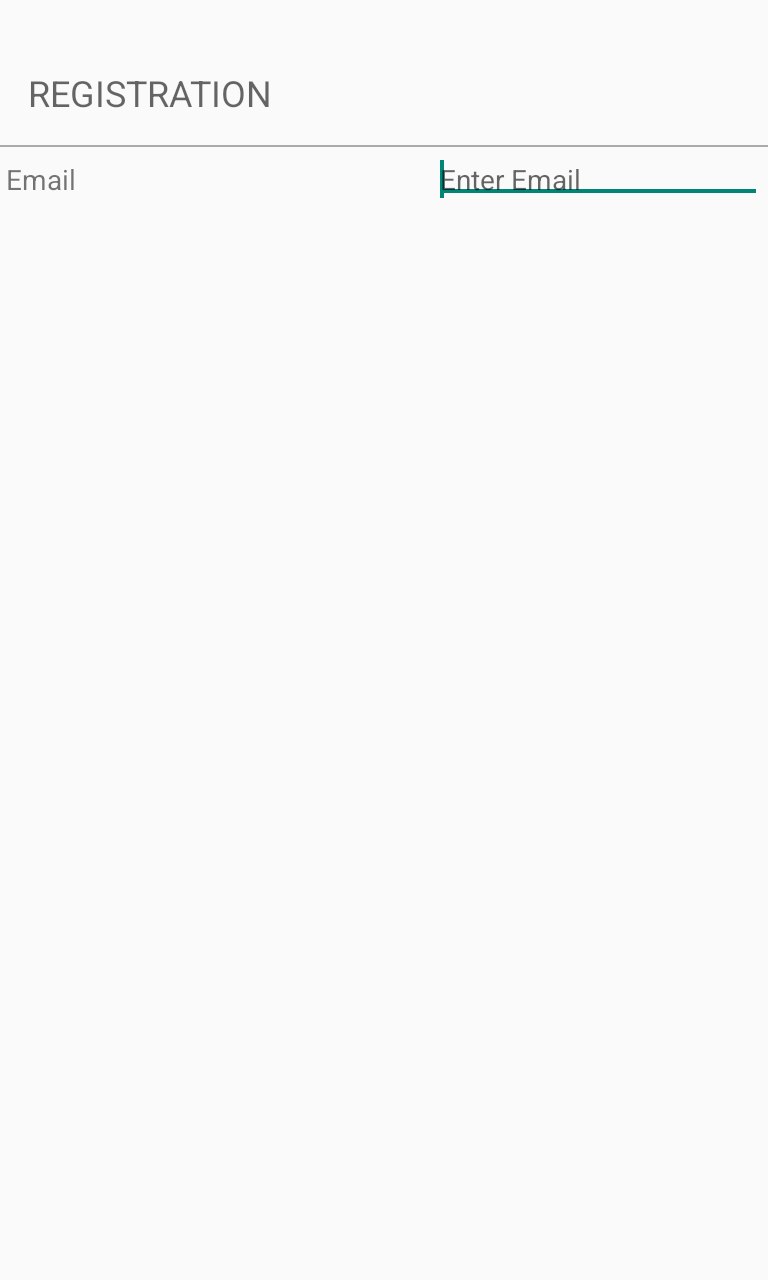
Repository: lMayuraDevani/BrentBrown
Layout: BrentBrown/res/layout/register.xml
An editor plug-in stored every save of this project. The layout is shown before and after the next save, followed by the edit.
It is drawn on a 768 x 1280 px phone screen (xhdpi) without system bars, with theme AppTheme; the app's code is not run.

Above is the layout before, as saved 2014-11-12 09:21:12.

### BrentBrown/res/layout/register.xml
<?xml version="1.0" encoding="utf-8"?>
<LinearLayout xmlns:android="http://schemas.android.com/apk/res/android"
    android:layout_width="match_parent"
    android:layout_height="match_parent"
    android:orientation="vertical" >


    <TextView
        android:id="@+id/textView1"
        android:layout_width="wrap_content"
        android:layout_height="wrap_content"
        android:layout_marginTop="20dp"
        android:padding="14dp"
        android:text="@string/registration_lable"
        android:textAppearance="?android:attr/textAppearanceMedium" />


    <View
	   android:layout_width="fill_parent"
	   android:layout_height="1dp"
	   android:background="@android:color/darker_gray" />

      <LinearLayout
                android:layout_width="fill_parent"
                android:layout_height="wrap_content"
                android:padding="2dp"
                android:orientation="horizontal" >

                <TextView
                    android:id="@+id/emaillbl"
                    android:layout_width="match_parent"
                    android:layout_height="wrap_content"
                    android:layout_gravity="center"
                    android:layout_weight="1"
                    android:padding="01dp"
                    android:text="Email"
                    android:textAppearance="?android:attr/textAppearanceSmall" />

                <EditText
                    android:id="@+id/emailtxt"
                    android:layout_width="wrap_content"
                    android:layout_height="wrap_content"
                    android:ems="10"
                    android:hint="Enter Email "
                    android:padding="3dp"
                    android:textAppearance="?android:attr/textAppearanceSmall"
                    android:textColor="#CDCCCD" >

                    <requestFocus />
                </EditText>
            </LinearLayout>


</LinearLayout>

### BrentBrown/res/values/styles.xml
<resources xmlns:android="http://schemas.android.com/apk/res/android">

    <style name="AppBaseTheme" parent="Theme.AppCompat"></style>

    <!-- Application theme. -->
    <style name="AppTheme" parent="AppBaseTheme">
        <item name="actionBarStyle">@style/CustomizedActionbar</item>
        <item name="actionBarTabStyle">@style/CustomizedActionbarTabs</item>
        <item name="android:actionBarStyle">@style/CustomizedActionbar</item>
        <item name="android:actionBarTabStyle">@style/CustomizedActionbarTabs</item>
    </style>

    <!-- ActionBar styles -->
    <style name="CustomizedActionbar" parent="@style/Widget.AppCompat.ActionBar">
        <item name="android:background">@color/ActionBarColor</item>

        <!-- Support library compatibility -->
        <item name="background">@color/ActionBarColor</item>
        <item name="android:divider">@drawable/tabdivider</item>
    </style>

    <!-- ActionBar tabs styles -->
    <style name="CustomizedActionbarTabs" parent="@style/Widget.AppCompat.ActionBar.TabView">

        <!-- tab indicator -->
        <item name="android:background">@drawable/actionbar_tab_indicator</item>
        <item name="android:divider">@drawable/tabdivider</item>

        <!-- Support library compatibility -->
        <item name="background">@drawable/actionbar_tab_indicator</item>
    </style>

</resources>

### BrentBrown/res/drawable/actionbar_tab_indicator.xml
<?xml version="1.0" encoding="utf-8"?>
<selector xmlns:android="http://schemas.android.com/apk/res/android">

<!-- STATES WHEN BUTTON IS NOT PRESSED -->

    <!-- Non focused states -->
    <item android:state_focused="false" android:state_selected="false"
          android:state_pressed="false"

          android:drawable="@drawable/tab_unselected" />
    <item android:state_focused="false" android:state_selected="true"
          android:state_pressed="false"

          android:drawable="@drawable/tab_selected" />

    <!-- Focused states (such as when focused with a d-pad or mouse hover) -->
    <item android:state_focused="true" android:state_selected="false"
          android:state_pressed="false"
          android:drawable="@drawable/tab_unselected_focused" />
    <item android:state_focused="true" android:state_selected="true"
          android:state_pressed="false"
          android:drawable="@drawable/tab_selected_focused" />


<!-- STATES WHEN BUTTON IS PRESSED -->

    <!-- Non focused states -->
    <item android:state_focused="false" android:state_selected="false"
          android:state_pressed="true"
          android:drawable="@drawable/tab_unselected_pressed" />
    <item android:state_focused="false" android:state_selected="true"
        android:state_pressed="true"
        android:drawable="@drawable/tab_selected_pressed" />

    <!-- Focused states (such as when focused with a d-pad or mouse hover) -->
    <item android:state_focused="true" android:state_selected="false"
          android:state_pressed="true"
          android:drawable="@drawable/tab_unselected_pressed" />
    <item android:state_focused="true" android:state_selected="true"
          android:state_pressed="true"
          android:drawable="@drawable/tab_selected_pressed" />
</selector>

### BrentBrown/res/drawable/tabdivider.xml
<?xml version="1.0" encoding="utf-8"?>
<shape xmlns:android="http://schemas.android.com/apk/res/android"
    android:shape="line"  >

      <size android:width="2dp" android:height="10dp"/>
    <solid android:color="@color/BorderGrayColor" />
    <padding android:left="15dp" android:top="15dp" />

</shape>

### BrentBrown/res/values/color.xml
<?xml version="1.0" encoding="utf-8"?>
<resources>

    <color name="gray_list_item">#E5E5E5</color>
    <color name="gray_backgroound">#EEEEEE</color>
    <color name="gray_border">#b6b6b6</color>
    <color name="ActionBarColor">#25C389</color>
    <color name="BorderGrayColor">#CED8D8</color>
    <color name="OrangeTabColor">#F5963C</color>
    <color name="TurquoiseBlueTabColor">#05AEAA</color>
    <color name="MediumGrayBackColor">#D8D8D8</color>
    <color name="list_item_title">#444444</color>
    <color name="list_item_subtitle">#929292</color>

</resources>

### BrentBrown/res/drawable/tab_unselected.xml
<shape xmlns:android="http://schemas.android.com/apk/res/android"
    android:shape="rectangle" >

    <solid android:color="@color/OrangeTabColor" />

</shape>

### BrentBrown/res/drawable/tab_selected.xml
<?xml version="1.0" encoding="utf-8"?>
<shape xmlns:android="http://schemas.android.com/apk/res/android"
    android:shape="rectangle" >

    <solid android:color="@color/TurquoiseBlueTabColor" />



</shape>

### BrentBrown/res/drawable/tab_unselected_focused.xml
<shape xmlns:android="http://schemas.android.com/apk/res/android"
    android:shape="rectangle" >



   <solid android:color="@color/OrangeTabColor"/>

</shape>

### BrentBrown/res/drawable/tab_selected_focused.xml
<?xml version="1.0" encoding="utf-8"?>
<shape xmlns:android="http://schemas.android.com/apk/res/android"
    android:shape="rectangle" >



 <solid android:color="@color/TurquoiseBlueTabColor" />



</shape>

### BrentBrown/res/drawable/tab_unselected_pressed.xml
<shape xmlns:android="http://schemas.android.com/apk/res/android"
    android:shape="rectangle" >



    <solid android:color="@color/OrangeTabColor" />

</shape>

### BrentBrown/res/drawable/tab_selected_pressed.xml
<?xml version="1.0" encoding="utf-8"?>
<shape xmlns:android="http://schemas.android.com/apk/res/android"
    android:shape="rectangle" >
    <solid android:color="@color/TurquoiseBlueTabColor" />

</shape>

### BrentBrown/res/values/strings.xml
<?xml version="1.0" encoding="utf-8"?>
<resources>

    <string name="app_name"> Brent Brown</string>
    <string name="title_garage"> Garage</string>
    <string name="title_showroom"> Showroom</string>
    <string name="title_specials"> Specials</string>
    <string name="title_tools"> Tools</string>
    <string name="title_extra"> More</string>

    <string name="title_ServiceHistory">Service</string>
    <string name="title_Appointments">Appontments</string>
    <string name="title_Message">Message</string>

    <string name="hello_world">Hello world!</string>
    <string name="action_settings">Settings</string>

    <string name="menu_settings">Settings</string>
    <string name="pull_to_refresh_pull_label">Pull to refresh...</string>
    <string name="pull_to_refresh_release_label">Release to refresh...</string>
    <string name="pull_to_refresh_refreshing_label">Loading...</string>
    <string name="pull_to_refresh_tap_label">Tap to refresh...</string>
    <string name="registration_lable">REGISTRATION</string>

</resources>

Loaded but not shown: BrentBrown/res/values-v11/styles.xml (common file); BrentBrown/res/values-v14/styles.xml (common file)

After the next save:
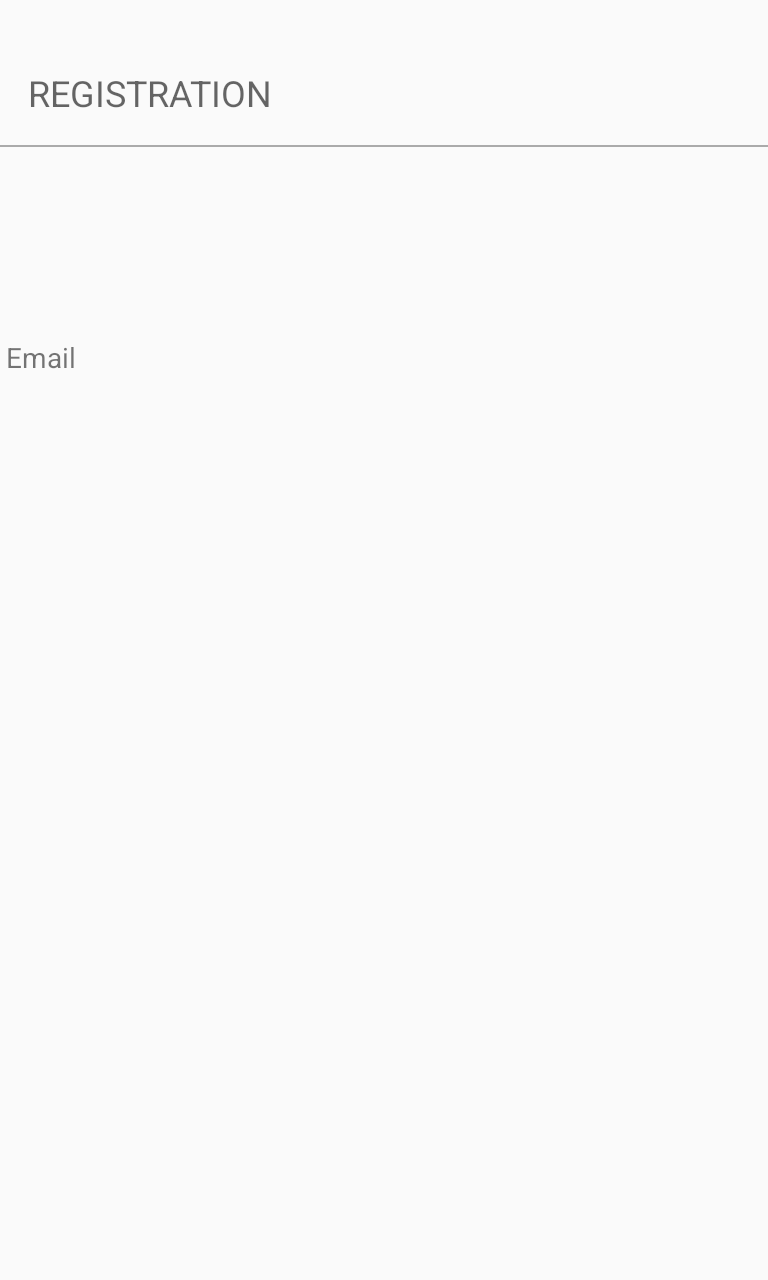
Saved 12 s later.
--- a/BrentBrown/res/layout/register.xml
+++ b/BrentBrown/res/layout/register.xml
@@ -31,7 +31,6 @@
                     android:layout_width="match_parent"
                     android:layout_height="wrap_content"
                     android:layout_gravity="center"
-                    android:layout_weight="1"
                     android:padding="01dp"
                     android:text="Email"
                     android:textAppearance="?android:attr/textAppearanceSmall" />

After the save that followed:
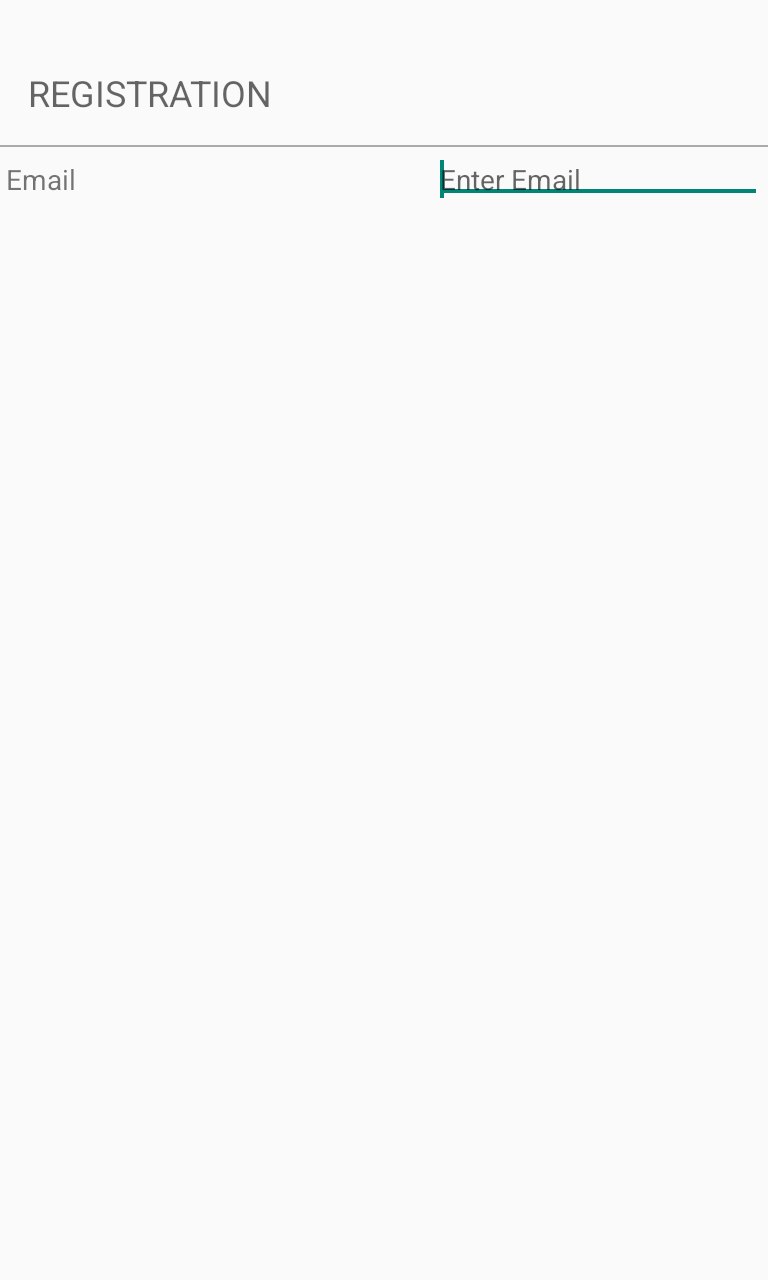
Saved 14 s later.
--- a/BrentBrown/res/layout/register.xml
+++ b/BrentBrown/res/layout/register.xml
@@ -28,9 +28,10 @@
 
                 <TextView
                     android:id="@+id/emaillbl"
-                    android:layout_width="match_parent"
+                    android:layout_width="wrap_content"
                     android:layout_height="wrap_content"
                     android:layout_gravity="center"
+                    android:layout_weight="1"
                     android:padding="01dp"
                     android:text="Email"
                     android:textAppearance="?android:attr/textAppearanceSmall" />
